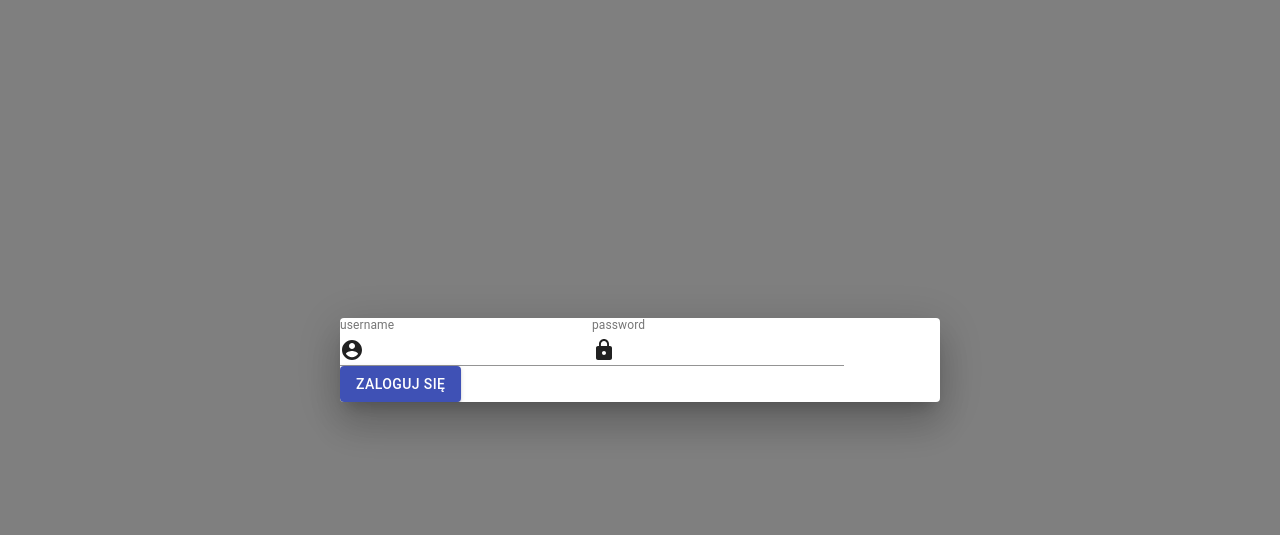
Repository: pgruca96/HappitsChanger
Page: /
These files come from the project's save history. The page is drawn as it stood at one moment and after the next save; the edit follows.
The browser window is 1280 px wide. The pictures show the whole page.
The project was rebuilt for these pictures with package versions that can differ from the ones it lists, and the page was loaded fresh each time. Also part of the build but not shown: src/App.css.

Above is the page before, as saved 2020-10-23 23:59:26.

### src/App.js
import "./App.css";
import { BrowserRouter as Router, Route } from "react-router-dom";
import loginForm from "./components/index";

const App = () => {
  return (
    <Router>
      <Route path="/" exact component={loginForm} />
    </Router>
  );
};

export default App;

### src/components/index.js
import React from "react";
import TextField from "@material-ui/core/TextField";
import InputAdornment from "@material-ui/core/InputAdornment";
import AccountCircle from "@material-ui/icons/AccountCircle";
import LockIcon from "@material-ui/icons/Lock";
import Button from "@material-ui/core/Button";
import Dialog from "@material-ui/core/Dialog";
import { useStyles } from "../styles/Form";

const LoginForm = () => {
  const { form, margin } = useStyles();
  return (
    <Dialog
      //   onClose={handleClose}
      aria-labelledby="simple-dialog-title"
      open={true}
    >
      <form>
        <TextField
          className={margin}
          id="username"
          label="username"
          placement="top"
          InputProps={{
            startAdornment: (
              <InputAdornment position="start">
                <AccountCircle />
              </InputAdornment>
            ),
          }}
        />
        <TextField
          className={margin}
          id="password"
          label="password"
          InputProps={{
            startAdornment: (
              <InputAdornment position="start">
                <LockIcon />
              </InputAdornment>
            ),
          }}
        />
        <Button variant="contained" color="primary" className={margin}>
          Zaloguj się
        </Button>
      </form>
    </Dialog>
  );
};

export default LoginForm;

### src/styles/Form.js
import { makeStyles } from "@material-ui/core/styles";

export const useStyles = makeStyles((theme) => ({
  form: {
    display: "flex",
    flexDirection: "column",
    alignItems: "flex-end",
    minHeight: "30vh",
  },
  margin: {
    margin: `${theme.spacing(6)} 0`,
  },
}));

Loaded but not shown: public/index.html (common file); src/index.js (common file); src/index.css (common file); src/reportWebVitals.js (common file)

After the next save:
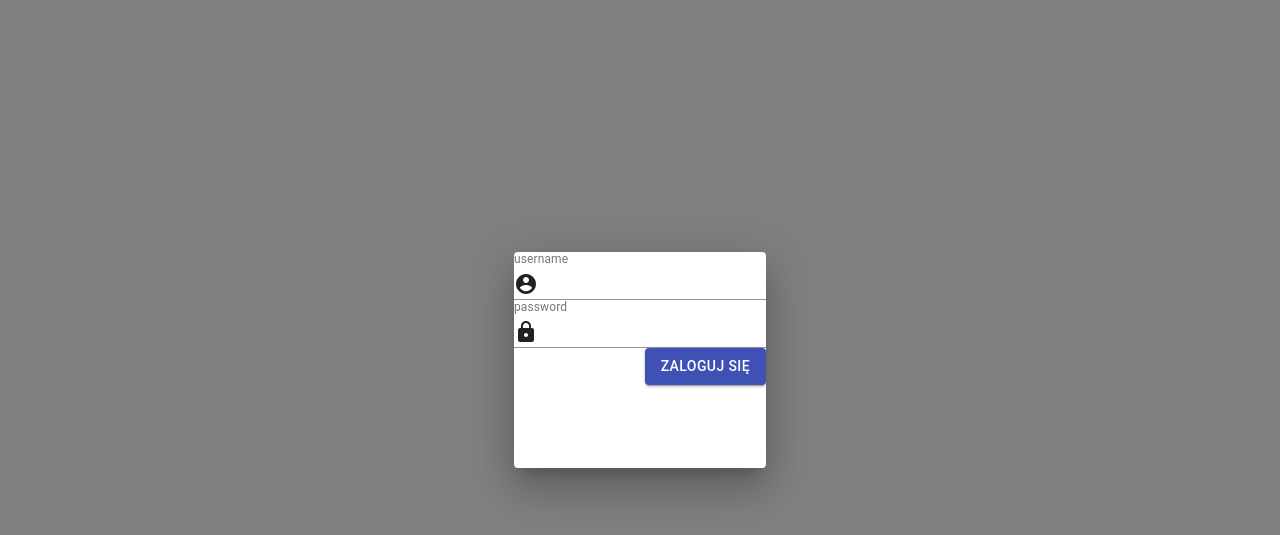
Saved 24 s later.
--- a/src/components/index.js
+++ b/src/components/index.js
@@ -15,7 +15,7 @@ const LoginForm = () => {
       aria-labelledby="simple-dialog-title"
       open={true}
     >
-      <form>
+      <form className={form}>
         <TextField
           className={margin}
           id="username"
